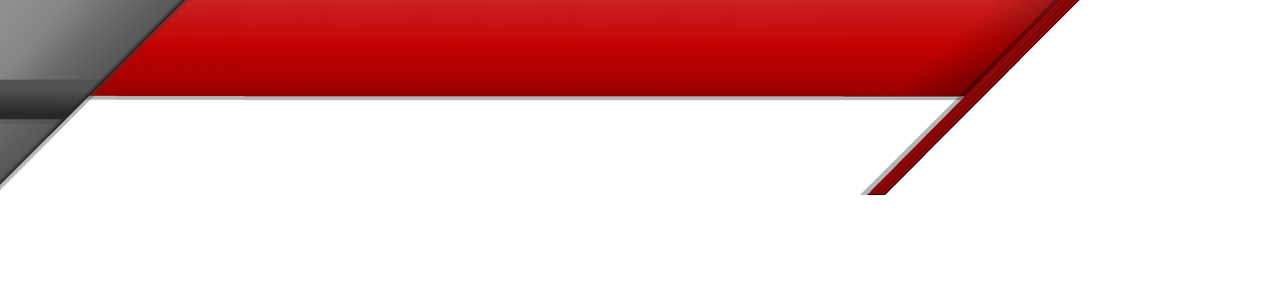
Repository: cestaberous/jakeweb
Page: index.html
The author's editor kept a record of every edit. The page is drawn from the files as they stood at one moment, then again after the next edit.
The browser window is 1280 px wide. The pictures show the whole page.

Above is the page before.
Console error: TypeError: Cannot read properties of null (reading 'style')

### index.html
<!-- BUILD 0.1.0 -->
<html>
    <head>
        <script type="text/javascript" src="imphead.js"></script>
    </head>
    <body>
        <script type="text/javascript" src="impbody.js"></script>
        <div class="content">
            <!--Write Content Here-->

        </div>
    </body>
</html>

### imphead.js
document.write('\
        <script type="text/javascript" src="/gmfdDep/jquery-1.11.2.min.js"></script>\
        <script type="text/javascript" src="/gmfdDep/gmfd.js"></script>\
        <script type="text/javascript">\
            function startup() {\
                document.getElementById("naviBar").style.display = "none";\
            }\
            function openNav() {\
                document.getElementById("navBar").style.left=85;\
                document.getElementById("turkey").style.display = "none";\
                document.getElementById("goodBar").style.display = "none";\
                document.getElementById("hideBar").style.display = "none";\
                document.getElementById("naviBar").style.display = "inline";\
            }\
            function closeNav() {\
                document.getElementById("navBar").style.left=-793;\
                document.getElementById("goodBar").style.display = "inline";\
                document.getElementById("turkey").style.display = "inline";\
                document.getElementById("hideBar").style.display = "inline";\
                document.getElementById("naviBar").style.display = "none";\
            }\
        </script>\
        <link rel="stylesheet" type="text/css" href="styles.css"/>\
        <style>\
            img.navBar {\
                left: -793;\
            }\
        </style>\
')

### impbody.js
document.write('\
    <body>\
        <img id="topLogo" onmouseover="openNav()" onmouseout="closeNav()" class="topLogo" src="/rcs/topLogo.png"/>\
        <img id="navBar" onmouseover="openNav()" onmouseout="closeNav()" class="navBar" src="/rcs/redBar.png"/>\
        <br/><br/><br/><br/><br/><br/><br/><br/><br/><br/><br/><br/>\
')

### gmfdDep/gmfd.js
//REQUIRES JQUERY 1.11.2 MIN
//JS Call function to import all JS files from an array list
function jscall(jsarray) {
    var i = 0;
    for (i = 0; i < jsarray.length; i++) {
        var file = jsarray[i];
        document.write('<script type="text/javascript" src="')
        document.write(file)
        document.write('"></script>')
    }
}

//CSS Call function to import all CSS files from an array list
function csscall(cssarray) {
    var i = 0;
    for (i = 0; i < cssarray.length; i++) {
        var file = cssarray[i];
        document.write('<link rel="stylesheet" type="text/css" href="')
        document.write(file)
        document.write('"/>')
    }
}

//redirect function when called redirects to {URL}
function redirector(url) {
    window.location=url;
}

//download function embeds a download interface for a (file)
function downloader(file, name) {
    document.write('\
    <h3>Download Prepared</h3>\
    <p>')
    document.write(name)
    document.write('\
    </p>\
    <button><a href="')
    document.write(file)
    document.write('">Download</a></button>')
}

function dodownload(file) {
    window.location=file;
}

//embedurl embeds a given url in an iframe of (width) and (height)
function embedurl(url, width, height) {
    document.write('\
    <iframe src="')
    document.write(url)
    document.write('\
    " width="')
    document.write(width)
    document.write('\
    " height="')
    document.write(height)
    document.write('\
    "></iframe>')
}

//elementangle angles the element at (deg)
function elementangle() {
    var angle=document.getElementsByTagName("angle")[0].getAttribute("deg");

}

//IMPORT HEADER FROM HTML FILE
function impHead(file){
    document.write('\
    <script src="');
    document.write(file);
    document.write('\
    "></script>');
}

//JavaScript Sleep Function
function sleep(milliseconds) {
  var start = new Date().getTime();
  for (var i = 0; i < 1e7; i++) {
    if ((new Date().getTime() - start) > milliseconds){
      break;
    }
  }
}

//Hide {id}
function hideElem(id) {
    document.getElementById(id).style.display="none";
}

function showElem(id, display) {
    if (display === '') {
        display = "inline";
    }
    document.getElementById(id).style.display=display;
}










function giveCopyright() {
    document.write('The GMFD Code used in the website is free to redistribute and is licensed under the <a href="https://www.gnu.org/licenses/gpl-2.0.html">GNU GPL 2.0</a>');
}

function giveFunctions() {
    document.write('jscall(); cscall(); redirector(); downloader(); dodownload(); embedurl(); elementangle(); impHead(); sleep(); hideElem(); showElem();')
}

### styles.css
img.topLogo {
    width: 200px;
    height: 200px;
    position: fixed;
    top: -5;
    left: -5;
    z-index: 100;
}

img.navBar {
    width: 1000;
    height: 200;
    position: fixed;
    top: -5;
    z-index: 90;
}

img.turkey {
    width: 3200;
    height: 400;
    position: absolute;
    top: -50;
    right: -1600;
    z-index: 0;
}

img.goodBar {
    position: absolute;
    height: 300;
    width: 1200;
    z-index: 1;
    top: -5;
    left: -750;
}

img.hideBar {
    position: absolute;
    width: 3600px;
    height: 1000px;
    top: 295;
    left: -5;
}

.content {
    z-index: 50;
    position: relative;
}

.content {
    margin-left: 8px;
}

.tester {
    display: none;
}

ul.navi {
    list-style-type: none;
    margin: 0;
    padding: 0;
    z-index: 200;
    position: absolute;
    left: 180;
    top: 37;
}

li.navi {
    display: inline;
    color: #FFFFFF;
    padding-left: 55px;
    padding-right: 55px;
    padding-top: 40px;
    padding-bottom: 42px;
    border-radius: 10px;
}

li.navi:hover {
    /* background-image: url("/rcs/images.jpg"); Testing Purposes [WIP]*/
    background: #660000;
}

a.navi {
    color: #FFFFFF;
}

Loaded but not shown: gmfdDep/jquery-1.11.2.min.js (library)

After the next edit:
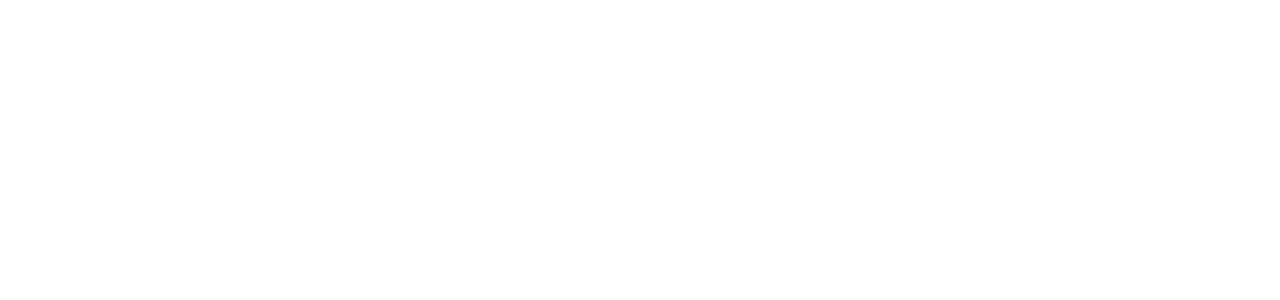
Console error: SyntaxError: Invalid or unexpected token
The edit:
--- a/impbody.js
+++ b/impbody.js
@@ -1,6 +1,27 @@
-document.write('\
-    <body>\
-        <img id="topLogo" onmouseover="openNav()" onmouseout="closeNav()" class="topLogo" src="/rcs/topLogo.png"/>\
-        <img id="navBar" onmouseover="openNav()" onmouseout="closeNav()" class="navBar" src="/rcs/redBar.png"/>\
-        <br/><br/><br/><br/><br/><br/><br/><br/><br/><br/><br/><br/>\
+document.write('
+        <img id="topLogo" onmouseover="openNav()" onmouseout="closeNav()" class="topLogo" src="/rcs/topLogo.png"/>
+        <img id="navBar" onmouseover="openNav()" onmouseout="closeNav()" class="navBar" src="/rcs/redBar.png"/>
+        <img id="turkey" class="turkey" src="/rcs/turkey.jpg"/>
+        <img id="goodBar" class="goodBar" src="/rcs/goodBar.png"/>
+        <img id="hideBar" class="hideBar" src="/rcs/blanket.png"/>
+        <ul id="naviBar" class="navi" onmouseover="openNav()" onmouseout="closeNav()">
+            <a class="navi" href="/header.html"><li class="navi">Home</li></a>
+            <a class="navi" href="/header.html"><li class="navi">Home</li></a>
+            <a class="navi" href="/header.html"><li class="navi">Home</li></a>
+            <a class="navi" href="/header.html"><li class="navi">Home</li></a>
+            <a class="navi" href="/header.html"><li class="navi">Home</li></a>
+        </ul>
+        <br/><br/><br/><br/><br/><br/><br/><br/><br/><br/><br/><br/><br/><br/><br/><br/><br/>
+        <!---->
+        <div class="content">
+            <p class="test">
+                Hello, World!<br/>Hello, World!<br/>Hello, World!<br/>Hello, World!<br/>Hello, World!<br/>Hello, World!<br/>Hello, World!<br/>
+                Hello, World!<br/>Hello, World!<br/>Hello, World!<br/>Hello, World!<br/>Hello, World!<br/>Hello, World!<br/>Hello, World!<br/>
+                Hello, World!<br/>Hello, World!<br/>Hello, World!<br/>Hello, World!<br/>Hello, World!<br/>Hello, World!<br/>Hello, World!<br/>
+                Hello, World!<br/>Hello, World!<br/>Hello, World!<br/>Hello, World!<br/>Hello, World!<br/>Hello, World!<br/>Hello, World!<br/>
+                Hello, World!<br/>Hello, World!<br/>Hello, World!<br/>Hello, World!<br/>Hello, World!<br/>Hello, World!<br/>Hello, World!<br/>
+                Hello, World!<br/>Hello, World!<br/>Hello, World!<br/>Hello, World!<br/>Hello, World!<br/>Hello, World!<br/>Hello, World!<br/>
+                Hello, World!<br/>Hello, World!<br/>Hello, World!<br/>Hello, World!<br/>Hello, World!<br/>Hello, World!<br/>Hello, World!<br/>
+            </p>
+        </div>
 ')

After the 3 edits that followed:
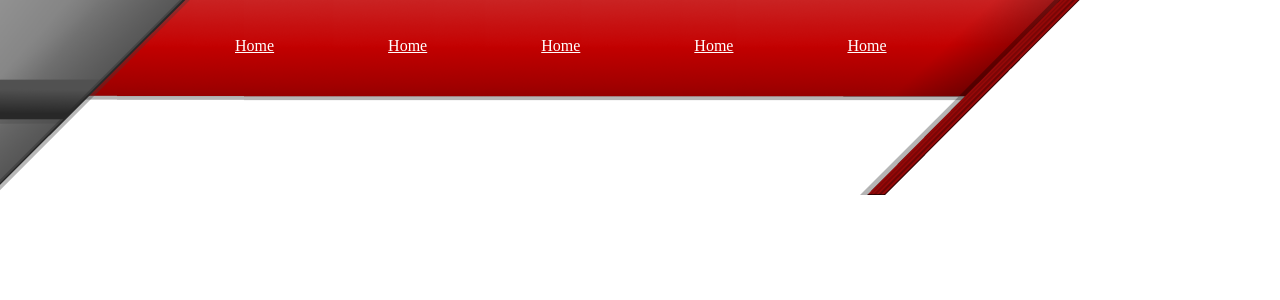
The error is gone.
The 3 edits are shown as one change because 2 left the picture as it was.
The edit:
--- a/impbody.js
+++ b/impbody.js
@@ -1,27 +1,16 @@
-document.write('
-        <img id="topLogo" onmouseover="openNav()" onmouseout="closeNav()" class="topLogo" src="/rcs/topLogo.png"/>
-        <img id="navBar" onmouseover="openNav()" onmouseout="closeNav()" class="navBar" src="/rcs/redBar.png"/>
-        <img id="turkey" class="turkey" src="/rcs/turkey.jpg"/>
-        <img id="goodBar" class="goodBar" src="/rcs/goodBar.png"/>
-        <img id="hideBar" class="hideBar" src="/rcs/blanket.png"/>
-        <ul id="naviBar" class="navi" onmouseover="openNav()" onmouseout="closeNav()">
-            <a class="navi" href="/header.html"><li class="navi">Home</li></a>
-            <a class="navi" href="/header.html"><li class="navi">Home</li></a>
-            <a class="navi" href="/header.html"><li class="navi">Home</li></a>
-            <a class="navi" href="/header.html"><li class="navi">Home</li></a>
-            <a class="navi" href="/header.html"><li class="navi">Home</li></a>
-        </ul>
-        <br/><br/><br/><br/><br/><br/><br/><br/><br/><br/><br/><br/><br/><br/><br/><br/><br/>
-        <!---->
-        <div class="content">
-            <p class="test">
-                Hello, World!<br/>Hello, World!<br/>Hello, World!<br/>Hello, World!<br/>Hello, World!<br/>Hello, World!<br/>Hello, World!<br/>
-                Hello, World!<br/>Hello, World!<br/>Hello, World!<br/>Hello, World!<br/>Hello, World!<br/>Hello, World!<br/>Hello, World!<br/>
-                Hello, World!<br/>Hello, World!<br/>Hello, World!<br/>Hello, World!<br/>Hello, World!<br/>Hello, World!<br/>Hello, World!<br/>
-                Hello, World!<br/>Hello, World!<br/>Hello, World!<br/>Hello, World!<br/>Hello, World!<br/>Hello, World!<br/>Hello, World!<br/>
-                Hello, World!<br/>Hello, World!<br/>Hello, World!<br/>Hello, World!<br/>Hello, World!<br/>Hello, World!<br/>Hello, World!<br/>
-                Hello, World!<br/>Hello, World!<br/>Hello, World!<br/>Hello, World!<br/>Hello, World!<br/>Hello, World!<br/>Hello, World!<br/>
-                Hello, World!<br/>Hello, World!<br/>Hello, World!<br/>Hello, World!<br/>Hello, World!<br/>Hello, World!<br/>Hello, World!<br/>
-            </p>
-        </div>
+document.write('\
+        <img id="topLogo" onmouseover="openNav()" onmouseout="closeNav()" class="topLogo" src="/rcs/topLogo.png"/>\
+        <img id="navBar" onmouseover="openNav()" onmouseout="closeNav()" class="navBar" src="/rcs/redBar.png"/>\
+        <img id="turkey" class="turkey" src="/rcs/turkey.jpg"/>\
+        <img id="goodBar" class="goodBar" src="/rcs/goodBar.png"/>\
+        <img id="hideBar" class="hideBar" src="/rcs/blanket.png"/>\
+        <ul id="naviBar" class="navi" onmouseover="openNav()" onmouseout="closeNav()">\
+            <a class="navi" href="/header.html"><li class="navi">Home</li></a>\
+            <a class="navi" href="/header.html"><li class="navi">Home</li></a>\
+            <a class="navi" href="/header.html"><li class="navi">Home</li></a>\
+            <a class="navi" href="/header.html"><li class="navi">Home</li></a>\
+            <a class="navi" href="/header.html"><li class="navi">Home</li></a>\
+        </ul>\
+        <br/><br/><br/><br/><br/><br/><br/><br/><br/><br/><br/><br/><br/><br/><br/><br/><br/>\
+        \
 ')
